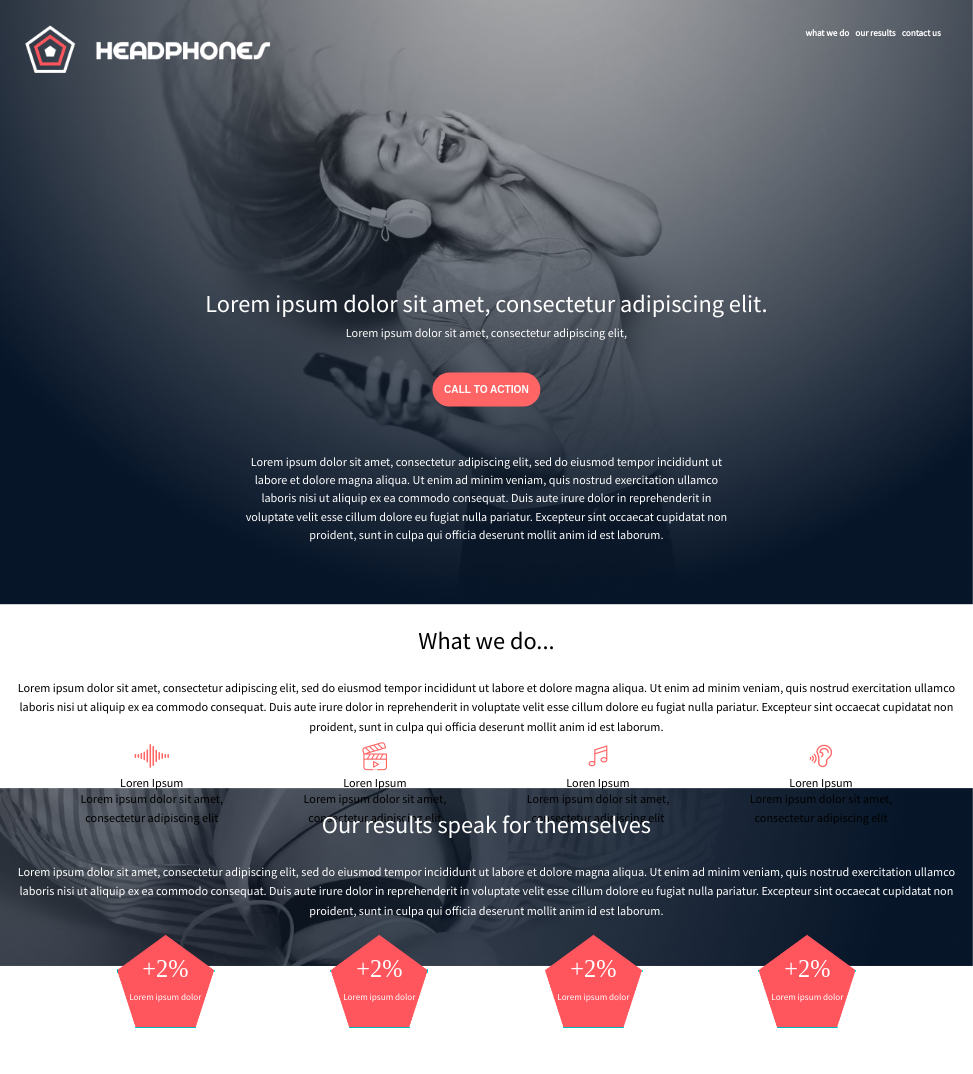
Repository: seleniadelgado/holbertonschool-web_front_end
Page: 0x09-implement_a_design_from_scratch/2-index.html
The author's editor kept a copy of each file at every save. The page is drawn from the files as they stood at one save, then again after a run of saves.
The browser window is 1280 px wide. The pictures show the whole page, at 76% of full size.

Above is the page before, as saved 2020-03-23 14:10:29.

### 0x09-implement_a_design_from_scratch/2-index.html
<!DOCTYPE <!DOCTYPE html>
<head>
    <meta charset="utf-8">
    <title>Headphones</title>
    <meta name="description" content="">
    <meta name="viewport" content="width=device-width, initial-scale=1">
    <link rel="stylesheet" href="2-styles.css">
    <link rel="stylesheet" href="reset.css">
    <link rel="stylesheet" href="./holberton_school-icon/style.css">
    <link href="https://fonts.googleapis.com/css?family=Source+Sans+Pro&display=swap" rel="stylesheet">
</head>
<body>
<!-- nav bar -->
    <header>
        <div class="firstdiv">
            <nav>
                <input type="checkbox" id="menu">
                <label for="menu" id="nav-icon"></label>
                <div class="logo"><img href="active" href="#home"><img src="./images/logo_headphones.png" alt="logo"></a></div>
                <div class="main-nav">
                    <ul class="nav-header">
                        <li><a href="#what-we-do">what we do</a></li>
                        <li><a href="#our-results">our results</a></li>
                        <li><a href="#contact-us">contact us</a></li>
                    </ul>
                </div>
            </nav>
        </div>
<!-- Content -->
        <div class="seconddiv">
            <div class="text">
                <h1>Lorem ipsum dolor sit amet, consectetur adipiscing elit.</h1>
                <p>Lorem ipsum dolor sit amet, consectetur adipiscing elit, </p>
            </div>
        </div>
        <div class="thirddiv">
        <button id="button">CALL TO ACTION</button>
        <p class="longParagraph">Lorem ipsum dolor sit amet, consectetur adipiscing elit, sed do eiusmod tempor incididunt ut labore et dolore magna aliqua.
            Ut enim ad minim veniam, quis nostrud exercitation ullamco laboris nisi ut aliquip ex ea commodo consequat.
            Duis aute irure dolor in reprehenderit in voluptate velit esse cillum dolore eu fugiat nulla pariatur. Excepteur sint occaecat cupidatat non proident,
            sunt in culpa qui officia deserunt mollit anim id est laborum.</p>
            </div>
        </div>
    </div>
    </header>
    <div id="whatWeDo">
        <div class="content">
            <h1>What we do...</h1>
            <p> Lorem ipsum dolor sit amet, consectetur adipiscing elit, sed do eiusmod tempor incididunt ut labore et dolore magna aliqua.
                Ut enim ad minim veniam, quis nostrud exercitation ullamco laboris nisi ut aliquip ex ea commodo consequat.
                Duis aute irure dolor in reprehenderit in voluptate velit esse cillum dolore eu fugiat nulla pariatur. Excepteur sint occaecat cupidatat non proident,
                sunt in culpa qui officia deserunt mollit anim id est laborum.
            </p>
            <div class="grid">
                <div>
                    <div class="icon, item holberton_school-icon-ic_sound"></div>
                    <h6>Loren Ipsum</h6>
                    <p>Lorem ipsum dolor sit amet,<br> consectetur adipiscing elit</p>
                </div>
                <div>
                    <div class="icon, item holberton_school-icon-ic_video"></div>
                    <h6>Loren Ipsum</h6>
                    <p>Lorem ipsum dolor sit amet, <br>consectetur adipiscing elit</p>
                </div>
                <div>
                    <div class="icon, item holberton_school-icon-ic_music"></div>
                    <h6>Loren Ipsum</h6>
                    <p>Lorem ipsum dolor sit amet, <br>consectetur adipiscing elit</p>
                </div>
                <div>
                    <div class="icon, item holberton_school-icon-ic_hearing"></div>
                    <h6>Loren Ipsum</h6>
                    <p>Lorem ipsum dolor sit amet, <br>consectetur adipiscing elit</p>
                </div>
            </div>
        </div>
    </div>
    <div id="our-results">
        <div class="summary">
            <h1>Our results speak for themselves</h1>
            <p>Lorem ipsum dolor sit amet, consectetur adipiscing elit, sed do eiusmod tempor incididunt ut labore et dolore magna aliqua.
                Ut enim ad minim veniam, quis nostrud exercitation ullamco laboris nisi ut aliquip ex ea commodo consequat.
                Duis aute irure dolor in reprehenderit in voluptate velit esse cillum dolore eu fugiat nulla pariatur. Excepteur sint occaecat cupidatat non proident,
                sunt in culpa qui officia deserunt mollit anim id est laborum.
            </p>
            <div class="grid">
                <div class="component">
                    <h2>+2%</h2>
                    <p>Lorem ipsum dolor</p>
                </div>
                <div class="component">
                    <h2>+2%</h2>
                    <p>Lorem ipsum dolor</p>
                </div>
                <div class="component">
                    <h2>+2%</h2>
                    <p>Lorem ipsum dolor</p>
                </div>
                <div class="component">
                    <h2>+2%</h2>
                    <p>Lorem ipsum dolor</p>
                </div>
            </div>
        </div>
    </div>
</body>
</html>

### 0x09-implement_a_design_from_scratch/2-styles.css

:root {
    --font-size-sm: 12px;
    --font-size-md: 16px;
    --font-size-lg: 32px;
    --font-size-xl: 48px;
    --font-size-button: 14px;
    --color-primary-red: #FF6565;
    --color-body-white: white;
    --color-body-black: black;
    --font-family: 'Source Sans Pro', sans-serif;
}

/* header */
html {
    width: 100%;
}

header {
    width: 100%;
    background: transparent;
    position: relative;
    color: var(--color-body-white);
    background-image: url("images/headphones_hero_1.jpg");
    background-repeat: no-repeat;
    background-size: cover;
    font-family: var(--font-family);
}

header .firstdiv {
    justify-content: space-between;
    align-content: space-between;
    padding: 2rem;
    flex-wrap: wrap;
}

header .firstdiv nav {
    width: 100%;
    display: flex;
    justify-content: space-between;
    align-content: space-between;
    position: relative;
}

a {
    margin: auto 1.25rem;
    color: var(--color-body-white);
    text-decoration: none;
    font-family: var(--font-family);
}

a:hover, a:active {
    color: var(--color-primary-red)
}

#menu {
    display: none;
    position: absolute;
}

#nav-icon {
    display: none;
    position: absolute;
}

.logo {
    float: left;
}

.nav-header {
    display: inline-flex;
    margin: auto 0;
    list-style-type: none;
    font-size: var(--font-size-sm);
    font-weight: bolder;
    font-family: var(--font-family);
}

.main-nav ul {
    border: 6px transparent solid;
    justify-content: space-between;
}

.main-nav ul li a {
    border: 4px transparent solid;
    font-family: var(--font-family);

}

/* nav */
.seconddiv {
    text-align: center;
}

.thirddiv {
    text-align: center;
}

/*text */
.text {
    padding-top: 20%;
    text-align: center;
    line-height: 32px;
}

.text h1 {
    font-size: var(--font-size-md);
    color: var(--color-body-white);
}

.text p {
    font: var(--font-size-sm);
    color: var(--color-body-white);
}

/* button */
#button {
    padding: 15px;
    margin-top: 40px;
    margin-bottom: 60px;
    border-radius: 4em;
    background-color: #FF6565;
    box-shadow: var(--color-body-black);
    border-style: none;
    color: var(--color-body-white);
    font-weight: bolder;
}

#button:hover {
    opacity: 0.9;
}

/* end button */

/* start longparagraph */
.longParagraph {
    display: flex;
    margin: auto;
    margin: 0% 25% 0% 25%;
    line-height: 24px;
    font-family: var(--font-family);
    font-size: var(--font-size-md);
    color: var(--color-body-white);
    padding-bottom: 5em;
}
/* end longparagraph */

/* media query for screens less than 480px */
@media (max-width: 480px)
{
    header nav {
      flex-direction: column;
      align-items: center;
    }

    .logo {
      width: 50%;
      height: auto;
      display: flex;
      text-align: center;
    }

    .nav-header {
      display: none;
      width: 100%;
      flex-direction: column;
      margin: 1rem auto;
      text-align: center;
      font-weight: bold;
      font-size: var(--font-size-btn);
      float: right;
      display: inline-flex;
      margin-right: 10%;
    }

    .nav-header li {
      width: 100%;
      margin: 0.5rem auto;
      padding-right: 50px;
      font-family: var(--font-family);
    }

    #nav-icon {
        background: var(--color-body-white);
        height: 2px;
        width: 13px;
        position: absolute;
        left: 1rem;
        top: 18px;
        display: block;
    }

    #nav-icon::before {
        content: "";
        background: var(--color-body-white);
        height: 2px;
        width: 20px;
        position: relative;
        top: -0.4rem;
        display: block;
        transition: all 0.2s ease;
    }

    #nav-icon::after {
        content: "";
        background: var(--color-body-white);
        height: 2px;
        width: 18px;
        position: relative;
        top: 0.3rem;
        display: block;
        transition: all 0.2s ease;
    }

    #menu:checked ~ .nav-header {
        display: inline-flex;
    }

    #menu:checked ~ #nav-icon {
        background: transparent;
    }

    #menu:checked ~ #nav-icon::before {
        transform: rotate(45deg);
        top: 3px;
        margin: auto;
    }

    #menu:checked ~ #nav-icon::after {
        width: 20px;
        transform: rotate(-45deg);
        top: 1px;
        margin: auto;
    }
}

.text {
    font-family: var(--font-family);
    line-height: 24px;
}

.text h1 {
    font-size: var(--font-size-lg);
    margin-bottom: 10;
    line-height: 32px;;
}

.text p {
    font-size: var(--font-size-md);
}

/* menu btn ends */
.content {
    display: grid;
    text-align: center;
    font-family: var(--font-family);
    margin-bottom: 20em;
}

.grid {
    display: flex;
    flex-wrap: wrap;
    justify-content: space-evenly;
    height: 100%
}

.grid p {
    padding-bottom: 3em;
}

.item {
    color: var(--color-primary-red);
    font-size: var(--font-size-xl);
    margin: 2px;
}

.item h6, p {
    color: var(--color-body-black);
    font-size: var(--font-size-sm);
    margin-bottom: 5px;
}

#whatWeDo {
    margin-top: 2em;
    font-family: var(--font-family);
    margin-bottom: none;
}
.content {
    margin-bottom: 0;
}

.content h1 {
    font-size: var(--font-size-lg);
    margin-bottom: 1em;
}

.content p {
    text-align: center;
    font-size: var(--font-size-md);
    line-height: 26px;
}

#our-results {
    padding-top: 2em;
    background-image: url(images/headphones_hero_2.jpg);
    background-repeat: no-repeat;
    color: var(--color-body-white);
    display: flex;
}
.summary {
    margin-bottom: 0;
}

.summary h1 {
    text-align: center;
    color: var(--color-body-white);
    font-family: var(--font-family);
    font-size: var(--font-size-lg);
    margin-bottom: 1em;
}

.summary p {
    color: var(--color-body-white);
    font-family: var(--font-family);
    font-size: var(--font-size-md);
    line-height: 26px;
    text-align: center;
}
.results h2 {
    position: absolute;
    text-align: center;
    left: 50%;
    transform: translate(-50%, -50%);
}
.grid {
    margin-bottom: -100;
}
@media (max-width: 1200px) {
    #our-results {
      background-position: 45%;
    }
  }
  @media (max-width: 480px) {
    #our-results {
      background-position: 50%;
    }
  }
#our-results .grid .component {
    background-image: url(images/pentagone.png);
    background-repeat: no-repeat;
    background-size: contain;
    background-position: center;
    height: 10rem;
    width: 8rem;
    padding: 0;
    position: relative;
}
#our-results .grid .component h2 {
    font-size: var(--font-size-lg);
    position: relative;
    top: 30%;
    text-align: center;
}
#our-results .grid .component p {
    position: relative;
    font-size: var(--font-size-sm);
    text-align: center;
    top: 35%;
}

### 0x09-implement_a_design_from_scratch/holberton_school-icon/style.css
@font-face {
  font-family: 'holberton_school-icon';
  src:  url('fonts/holberton_school-icon.eot?sq4eq4');
  src:  url('fonts/holberton_school-icon.eot?sq4eq4#iefix') format('embedded-opentype'),
    url('fonts/holberton_school-icon.ttf?sq4eq4') format('truetype'),
    url('fonts/holberton_school-icon.woff?sq4eq4') format('woff'),
    url('fonts/holberton_school-icon.svg?sq4eq4#holberton_school-icon') format('svg');
  font-weight: normal;
  font-style: normal;
  font-display: block;
}

[class^="holberton_school-icon-"], [class*=" holberton_school-icon-"] {
  /* use !important to prevent issues with browser extensions that change fonts */
  font-family: 'holberton_school-icon' !important;
  speak: none;
  font-style: normal;
  font-weight: normal;
  font-variant: normal;
  text-transform: none;
  line-height: 1;

  /* Better Font Rendering =========== */
  -webkit-font-smoothing: antialiased;
  -moz-osx-font-smoothing: grayscale;
}

.holberton_school-icon-arrow_1:before {
  content: "\e900";
}
.holberton_school-icon-arrow_2:before {
  content: "\e901";
}
.holberton_school-icon-arrow_3:before {
  content: "\e902";
}
.holberton_school-icon-arrow_4:before {
  content: "\e903";
}
.holberton_school-icon-arrow_5:before {
  content: "\e904";
}
.holberton_school-icon-check:before {
  content: "\e905";
}
.holberton_school-icon-ic_bag:before {
  content: "\e906";
}
.holberton_school-icon-ic_cart:before {
  content: "\e907";
}
.holberton_school-icon-ic_facebook:before {
  content: "\e908";
}
.holberton_school-icon-ic_hearing:before {
  content: "\e909";
}
.holberton_school-icon-ic_instagram:before {
  content: "\e90a";
}
.holberton_school-icon-ic_laptop:before {
  content: "\e90b";
}
.holberton_school-icon-ic_money:before {
  content: "\e90c";
}
.holberton_school-icon-ic_music:before {
  content: "\e90d";
}
.holberton_school-icon-ic_sound:before {
  content: "\e90e";
}
.holberton_school-icon-ic_twitter:before {
  content: "\e90f";
}
.holberton_school-icon-ic_video:before {
  content: "\e910";
}
.holberton_school-icon-menu:before {
  content: "\e911";
}
.holberton_school-icon-search_1:before {
  content: "\e912";
}
.holberton_school-icon-search_2:before {
  content: "\e913";
}
.holberton_school-icon-star:before {
  content: "\e914";
}

Loaded but not shown: 0x09-implement_a_design_from_scratch/reset.css (common file)

After the next 3 saves:
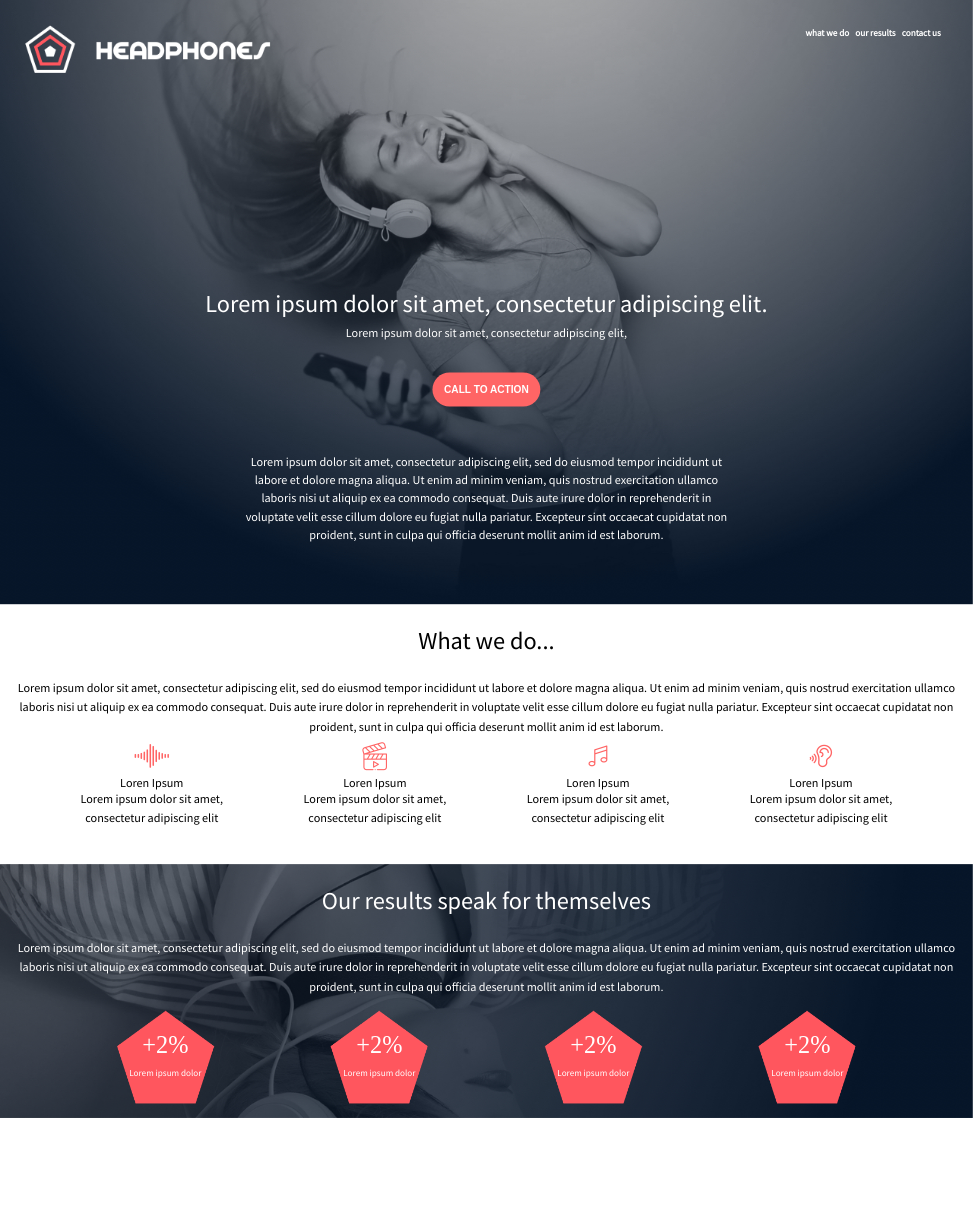
The 3 saves are shown as one change because they came seconds apart.
The last was saved 14 s later.
--- a/0x09-implement_a_design_from_scratch/2-styles.css
+++ b/0x09-implement_a_design_from_scratch/2-styles.css
@@ -333,7 +333,7 @@ a:hover, a:active {
     transform: translate(-50%, -50%);
 }
 .grid {
-    margin-bottom: -100;
+    margin-top: 0;
 }
 @media (max-width: 1200px) {
     #our-results {
